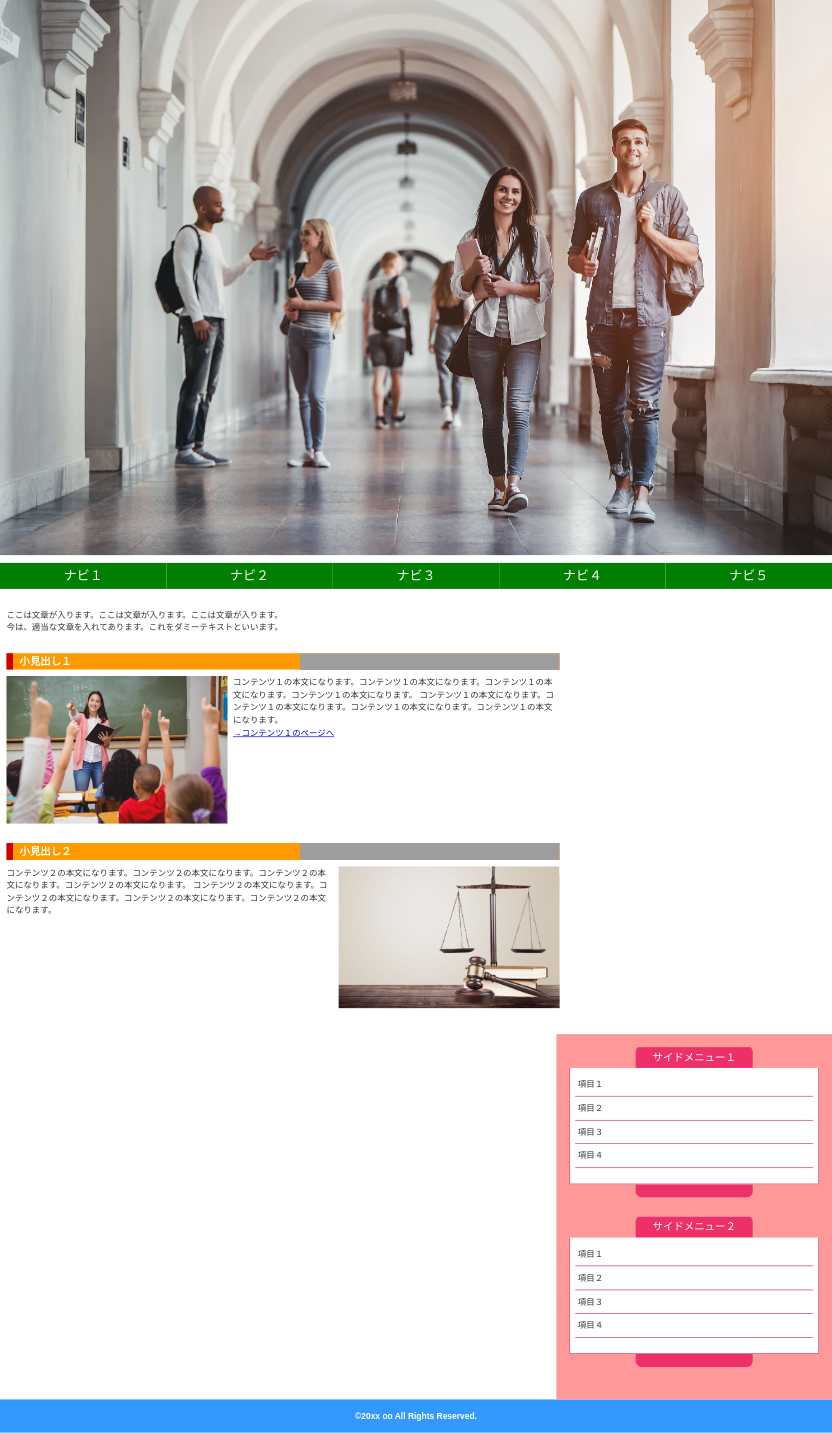
Repository: lee0713/samurai_HTML-CSS
Page: home.html
The author's editor kept a record of every edit. The page is drawn from the files as they stood at one moment, then again after the next edit.
The browser window is 1280 px wide. The pictures show the whole page, at 65% of full size.
Pictures or frames that could not be fetched are drawn as grey boxes.

Above is the page before.

### home.html
<!DOCTYPE html>
<html lang="ja">
  <head>
    <meta charset="UTF-8">
    <title>HTML/CSSの学習</title>
    <link rel="stylesheet" href="stylesheet.css">
  </head>
  <body>
      <div id="header">
          <h1><a href="index.html"><img id="corridor" src="images/corridor.jpg" alt="大学の廊下"/></a></h1>
          </div>
    <div id="wrapper">
        <div id="nav">
            <ul>
                <li><a href="home.html">ナビ１</a></li>
                <li><a href="#">ナビ２</a></li>
                <li><a href="#">ナビ３</a></li>
                <li><a href="#">ナビ４</a></li>
                <li><a href="#">ナビ５</a></li>
            </ul>
        </div>
           <div id="container">
               <div id="main">
                   <div class="post">
                       <p>ここは文章が入ります。ここは文章が入ります。ここは文章が入ります。<br/>今は、適当な文章を入れてあります。これをダミーテキストといいます。</p>
                   </div>
                   <div class="post clearfix">
                      <h2>小見出し１</h2>
                      <img class="left"src="images/classroom.jpg" alt="授業風景"/>
                      <p>
                          コンテンツ１の本文になります。コンテンツ１の本文になります。コンテンツ１の本文になります。コンテンツ１の本文になります。
                          コンテンツ１の本文になります。コンテンツ１の本文になります。コンテンツ１の本文になります。コンテンツ１の本文になります。
                     </p>
                     <p><a href="#">→コンテンツ１のページへ</a></p>
                   </div>
                   <div class="post clearfix">
                      <h2>小見出し２</h2>
                      <img class="right" src="images/scale.jpg" alt="天秤"/>
                      <p>
                         コンテンツ２の本文になります。コンテンツ２の本文になります。コンテンツ２の本文になります。コンテンツ２の本文になります。
                         コンテンツ２の本文になります。コンテンツ２の本文になります。コンテンツ２の本文になります。コンテンツ２の本文になります。
                     </p>
                   </div>
        </div>
    </div>
        <div id="side">
            <div class="box">
                <h2>サイドメニュー１</h2>
                <div class="boxBody">
                    <ul>
                        <li>項目１</li>
                        <li>項目２</li>
                        <li>項目３</li>
                        <li>項目４</li>
                    </ul>
                </div>
            </div>
            <div class="box">
                <h2>サイドメニュー２</h2>
                <div class="boxBody">
                    <ul>
                        <li>項目１</li>
                        <li>項目２</li>
                        <li>項目３</li>
                        <li>項目４</li>
                    </ul>
                </div>
            </div>
        </div>
    <div id="footer">
        <p>&copy;20xx oo All Rights Reserved.</p>
    </div>
  </body>
 </html>

### stylesheet.css
@charset "utf-8";

body {
	margin: 0;
	padding: 0;
	font-family: "ヒラギノ角ゴ Pro W3", "Hiragino Kaku Gothic Pro", "メイリオ", Meiryo, Osaka, "ＭＳ Ｐゴシック", "MS PGothic", sans-serif;
	color: #333;
	font-size: 13px;
	line-height: 150%;
}

/* -------------------- wrapper -------------------- */
#wrapper {
    width: 100%;
    margin: auto;
    padding: 0px;
    border: 0px;
    background-color: #FFF;
    top: 10px;
    position: relative;
}

/* -------------------- header -------------------- */
#header {
	width: 100%;
}
#header h1 {
	margin: 0;
	padding: 0;
}

#corridor {
	width: 100%;
	height: auto;
}

/* -------------------- footer -------------------- */
#footer {
	clear: both;
	width: 100%;
	padding: 3px 0 3px 0;
	background: #39F;
	color: #FFF;
	font-weight: bold;
	text-align: center;
}

/* -------------------- nav -------------------- */
#nav {
	width: 100%;
}
#nav ul {
    display: flex;
	margin: 0;
	padding: 0;
	list-style-type: none;
}
#nav ul li {
	width: 20%;
	text-align: center;
}
#nav ul li a {
	display: block;
	height: 20px;
	margin: 0;
	padding: 10px;
	color: #FFF;
	font-size: 20px;
	text-decoration: none;
	background-color: green;
}

#nav ul li a:hover {
	filter: drop-shadow(10px 10px 10px black);
}

/* -------------------- container -------------------- */
#container {
	width: 100%;
	margin: auto ;
	padding: auto;
	padding-top: 20px;
	clear: both;
	display: grid;
	grid-template-columns:70vw 30vw;
}
/* -------------------- main -------------------- */
#main {
	width: 95%;
	padding: 10px 30px 10px 10px;
}
#main h2 {
	margin: 0 0 10px 0;
	padding: 3px 10px 3px 10px;
	color: #FFF;
	font-size: 16px;
	border-left: solid 10px #C00;
	background: #F90 url(../images/main_h2.jpg) right top repeat-y;
}
#main p {
	margin: 0;
	padding: 0;
}
#main .post {
	margin: 0 0 30px 0;
}

#main .post img.right {
	margin: 0 0 0 8px;
}
#main .post img.left {
	margin: 0 8px 0 0;
}

.right {
	float: right;
	width: 40%;
	height: auto;
}
.left {
	float: left;
	width: 40%;
	height: auto;
}

/* -------------------- clearfix -------------------- */
.clearfix {
    zoom: 1;
}
.clearfix:after{
	content: "";
	display: block;
	clear: both;
}

/* -------------------- side -------------------- */
#side {
	float: right;
	width: 30%;
	padding: 20px;
	background-color: #F99;
}
#side .box {
	margin: 0 auto 30px auto;
	padding: 0 0 20px 0;
	background: url(images/side_box.png) bottom no-repeat;
}
#side .box h2 {
	margin: 0;
	padding: 8px;
	text-align: center;
	color: #fff;
	font-size: 16px;
	line-height: 16px;
	font-weight: normal;
	background: url(images/side_box_h2.png) center no-repeat;
}
#side .box .boxBody {
	padding: 8px;
	border-right: solid 1px #C36;
	border-bottom: solid 1px #C36;
	border-left: solid 1px #C36;
	background: #fff;
}
#side .box .boxBody ul {
	margin: 0 0 16px 0;
	padding: 0;
}
#side .box .boxBody ul li {
	padding: 8px 0 8px 4px;
	list-style: none;
	border-bottom: solid 1px #C36;
}

#side .box .boxBody ul li:hover {
	padding: 8px 0 8px 4px;
	list-style: none;
	border-bottom: solid 1px #C36;
	box-shadow: 0px 4px 4px rgba(0, 0, 0, 0.3);
}

After the next edit:
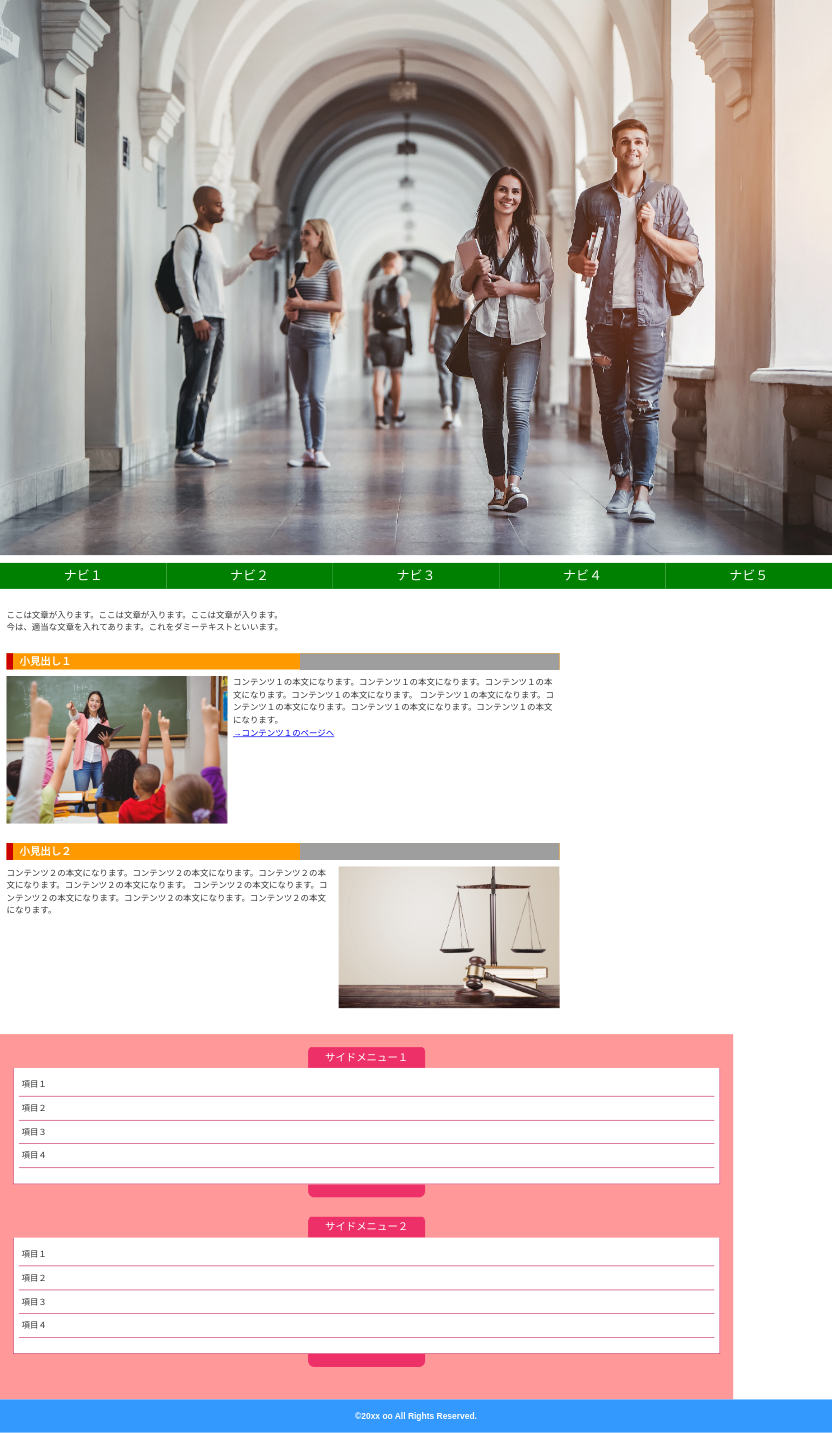
The edit:
--- a/stylesheet.css
+++ b/stylesheet.css
@@ -11,13 +11,13 @@
 
 /* -------------------- wrapper -------------------- */
 #wrapper {
-    width: 100%;
-    margin: auto;
-    padding: 0px;
-    border: 0px;
-    background-color: #FFF;
-    top: 10px;
-    position: relative;
+	width: 100%;
+	margin: auto;
+	padding: 0px;
+	border: 0px;
+	background-color: #FFF;
+	top: 10px;
+	position: relative;
 }
 
 /* -------------------- header -------------------- */
@@ -50,7 +50,7 @@
 	width: 100%;
 }
 #nav ul {
-    display: flex;
+	display: flex;
 	margin: 0;
 	padding: 0;
 	list-style-type: none;
@@ -82,10 +82,11 @@
 	padding-top: 20px;
 	clear: both;
 	display: grid;
-	grid-template-columns:70vw 30vw;
+	grid-template-columns: 70vw 30vw;
 }
 /* -------------------- main -------------------- */
 #main {
+	float: left;
 	width: 95%;
 	padding: 10px 30px 10px 10px;
 }
@@ -125,7 +126,7 @@
 
 /* -------------------- clearfix -------------------- */
 .clearfix {
-    zoom: 1;
+	zoom: 1;
 }
 .clearfix:after{
 	content: "";
@@ -135,8 +136,7 @@
 
 /* -------------------- side -------------------- */
 #side {
-	float: right;
-	width: 30%;
+	width: 85%;
 	padding: 20px;
 	background-color: #F99;
 }
